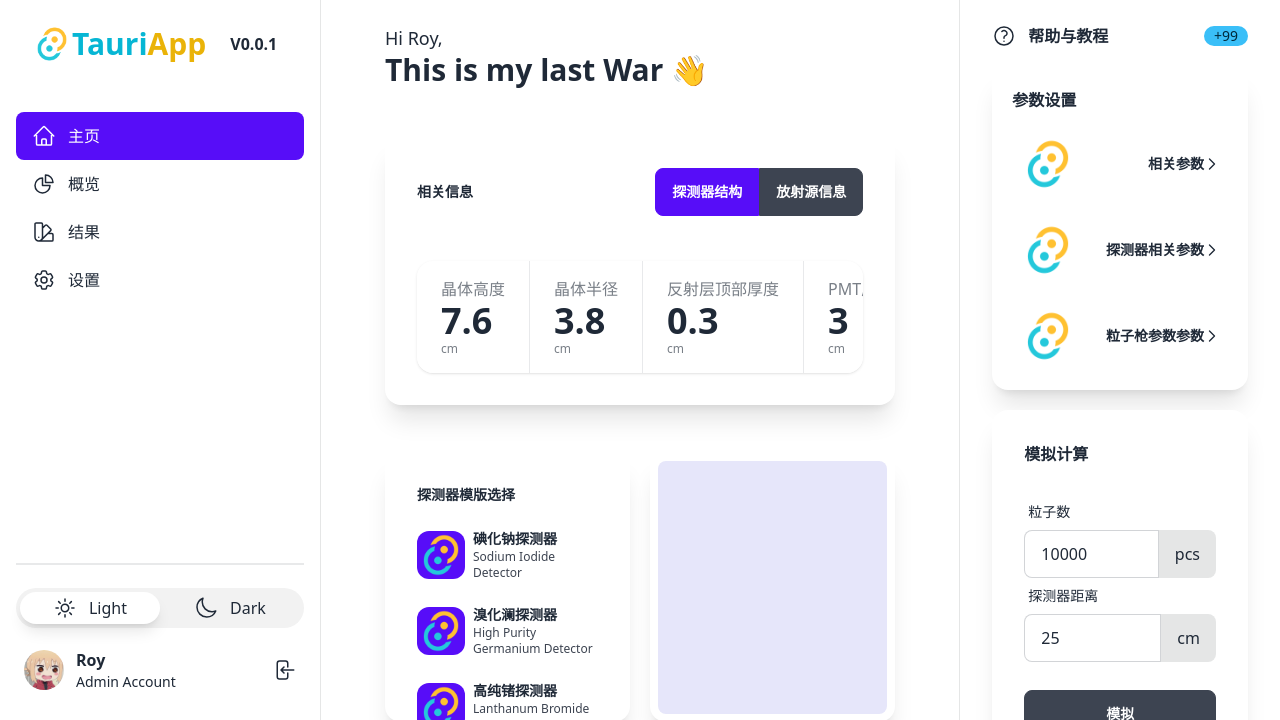
Repository: XMZOVO/tauri-geant4
Page: /
These files come from the project's save history. The page is drawn as it stood at one moment and after the next save; the edit follows.
The browser window is 1280 px wide. The pictures show the whole page.
The page's requests for data from a server got no answer. An inner scrolling area shows only its first screen. The project was rebuilt for these pictures with package versions that can differ from the ones it lists, and the page was loaded fresh each time. No one was signed in, and anything a server would have sent is missing. Also part of the build but not shown: vite.config.ts.

Above is the page before, as saved 2022-09-11 19:35:36.

### src/main.ts
import { createApp } from "vue";
import App from "./App.vue";
import "./index.css";
import { Router } from "./router";
import { createPinia } from "pinia";

const pinia = createPinia();

createApp(App).use(pinia).use(Router).mount("#app");

### src/router/index.ts
import { createRouter, createWebHistory } from "vue-router";

const routes = [
  {
    path: "",
    component: () => import("../components/MainWindow.vue"),
    children: [
      {
        path: "",
        component: () => import("../components/Home.vue"),
      },
      {
        path: "Setting",
        component: () => import("../components/Setting.vue"),
      },
      {
        path: "Results",
        component: () => import("../components/Results.vue"),
      },
      {
        path: "Overview",
        component: () => import("../components/Overview.vue"),
      },
      // {
      //   path: "Plan",
      //   component: () => import("../components/Plan.vue"),
      // },
    ],
  },
];

export const Router = createRouter({
  scrollBehavior: () => ({ left: 0, top: 0 }),
  history: createWebHistory(),
  routes,
});

### src/components/Home.vue
<script setup lang="ts">
import { ref, onMounted } from "vue";
import { invoke } from "@tauri-apps/api/tauri";
import { useRouter, onBeforeRouteLeave, onBeforeRouteUpdate } from "vue-router";
import path from "path";
import { exit } from "@tauri-apps/api/process";
import { fetch } from "@tauri-apps/api/http";

const router = useRouter();
const greetMsg = ref("");
const name = ref("");
let specFile = ref("");
let JSRootPath = ref("/JsRoot720/");
const btnWait = ref("");
const activeDetector = ref(0);

let detectorSrc = ref(
  JSRootPath.value +
    "index.htm?nobrowser&file=http://localhost:8080/file/G4Backend/build/rootFiles/test.root&item=Default;1&opt=ssao;transp60"
);

const parametersNames = ref([
  { name: "探测器结构", checked: true },
  { name: "放射源信息", checked: false },
]);
const selectedName = ref("钻井液性能");
const detectorProperties = ref([
  { name: "晶体高度", value: 7.6, unit: "cm" },
  { name: "晶体半径", value: 3.8, unit: "cm" },
  { name: "反射层顶部厚度", value: "0.3", unit: "cm" },
  { name: "PMT厚度", value: 3, unit: "cm" },
]);
const radioactiveProperties = ref([
  { name: "放射性同位素", value: "Co60", unit: "" },
  { name: "3", value: 20, unit: "" },
  { name: "4", value: 0.02, unit: "" },
  { name: "5", value: 10, unit: "" },
]);
const detectorList = ref([
  { name: "碘化钠探测器", percent: 40, description: "Sodium Iodide Detector" },
  {
    name: "溴化澜探测器",
    percent: 100,
    description: "High Purity Germanium Detector",
  },
  {
    name: "高纯锗探测器",
    percent: 60,
    description: "Lanthanum Bromide Detector",
  },
]);
const paticleParameters = ref([
  { name: "粒子数", value: 10000, unit: "pcs" },
  { name: "探测器距离", value: 25, unit: "cm" },
]);

async function greet() {
  greetMsg.value = await invoke("greet", { name: name.value });
}

onMounted(async () => {});

const parametersInfoChanged = (name: String) => {
  if (name == "探测器结构") {
    parametersNames.value[0].checked = true;
    parametersNames.value[1].checked = false;
  } else {
    parametersNames.value[0].checked = false;
    parametersNames.value[1].checked = true;
  }
};

const executeCalculate = async () => {
  if (paticleParameters.value[0].value > 10000000) {
    alert("粒子数过大");
    return;
  }
  btnWait.value = "loading";
  const response = await fetch("http://localhost:8080/g4", {
    method: "POST",
    query: {
      ch: detectorProperties.value[0].value.toString(),
      cr: detectorProperties.value[1].value.toString(),
      rtt: detectorProperties.value[2].value.toString(),
      num: paticleParameters.value[0].value.toString(),
    },
  }).then((res) => {
    btnWait.value = "";
    router.push({ path: "/Overview" });
  });
};

const refreshDetector = async () => {
  detectorSrc.value = " ";
  await fetch("http://localhost:8080/gdml", {
    method: "GET",
    query: {
      ch: detectorProperties.value[0].value.toString(),
      cr: detectorProperties.value[1].value.toString(),
      rtt: detectorProperties.value[2].value.toString(),
      pmt: detectorProperties.value[3].value.toString(),
    },
  }).then(() => {
    // let iframe: any = document.getElementById("iframe");
    // iframe.contentWindow.location.reload(true);
    detectorSrc.value =
      JSRootPath.value +
      "index.htm?nobrowser&file=http://localhost:8080/file/G4Backend/build/rootFiles/wtest.root&item=Default;1&opt=ssao;transp60";
  });
};

const exitApp = async () => {
  await exit(1);
};
</script>

<template>
  <!-- <div class="card">
    <input id="greet-input" v-model="name" placeholder="Enter a name..." />
    <button type="button" @click="greet()">Greet</button>
  </div>

  <p>{{ greetMsg }}</p> -->

  <div class="flex h-full w-full">
    <div class="w-2/3 space-y-12 border-r border-base-300 py-6 px-16">
      <div class="h-auto">
        <span class="block text-lg font-normal">Hi Roy,</span>
        <span class="block text-3xl font-bold"
          >This is my last War &#128075;</span
        >
      </div>
      <div class="card h-2/5 w-full shadow-xl">
        <div class="card-body justify-between">
          <div class="flex justify-between">
            <p class="card-title text-sm">相关信息</p>
            <!-- 选择框 -->
            <!-- <div class="form-control w-1/3 max-w-xs">
              <select
                class="select select-bordered focus:outline-none"
                @change="parametersInfoChanged($event)"
              >
                <option v-for="item in parametersNames">{{ item }}</option>
              </select>
            </div> -->
            <div class="btn-group">
              <input
                v-for="item in parametersNames"
                type="radio"
                name="options"
                :data-title="item.name"
                class="btn"
                :checked="item.checked"
                @change="parametersInfoChanged(item.name)"
              />
            </div>
          </div>
          <!-- 统计信息 -->
          <div
            class="stats stats-vertical overflow-hidden shadow lg:stats-horizontal"
          >
            <div
              class="stat"
              v-if="parametersNames[0].checked"
              v-for="item in detectorProperties"
            >
              <div class="stat-title">{{ item.name }}</div>
              <div class="stat-value">{{ item.value }}</div>
              <div class="stat-desc">{{ item.unit }}</div>
            </div>
            <div
              class="stat"
              v-if="parametersNames[1].checked"
              v-for="item in radioactiveProperties"
            >
              <div class="stat-title">{{ item.name }}</div>
              <div class="stat-value">{{ item.value }}</div>
              <div class="stat-desc">{{ item.unit }}</div>
            </div>
          </div>
        </div>
      </div>
      <!-- 底部双卡片 -->
      <div class="flex h-2/5 space-x-5">
        <!-- 1 -->
        <div class="card w-1/2 bg-base-100 shadow-xl">
          <div class="card-body gap-3">
            <p class="text-sm font-semibold">探测器模版选择</p>
            <!-- item -->
            <div class="flex h-full flex-col justify-between">
              <div
                v-for="(item, index) in detectorList"
                class="flex cursor-pointer items-center justify-between rounded-xl py-3 hover:bg-base-300"
              >
                <div class="flex items-center gap-2">
                  <img
                    src="../assets/icon.png"
                    class="h-12 w-12 rounded-xl bg-primary"
                  />
                  <div class="flex flex-col">
                    <p class="text-sm font-semibold">{{ item.name }}</p>
                    <p class="text-xs text-neutral">
                      {{ item.description }}
                    </p>
                  </div>
                </div>
                <!-- <div
                  class="radial-progress text-xs text-primary"
                  :style="
                    '--value: ' +
                    item.percent +
                    '; --size: 3.5rem; --thickness: 6px'
                  "
                >
                  {{ item.percent }}%
                </div> -->
              </div>
            </div>
            <btn class="btn rounded-xl"> 更多模版</btn>
          </div>
        </div>
        <!-- 2 -->
        <div class="card w-1/2 bg-base-100 shadow-xl">
          <div class="card-body p-2">
            <iframe
              :src="detectorSrc"
              frameborder="0"
              class="h-full w-full rounded-lg"
            ></iframe>
            <!-- <div class="h-full w-full bg-black" id="drawing"></div> -->
          </div>
        </div>
      </div>
    </div>

    <!-- 右侧 -->
    <div class="w-1/3 flex-col space-y-5 px-8 pt-6">
      <!-- 帮助 -->
      <div class="flex items-center justify-between">
        <div class="flex items-center space-x-3">
          <svg
            xmlns="http://www.w3.org/2000/svg"
            fill="none"
            viewBox="0 0 24 24"
            stroke-width="1.5"
            stroke="currentColor"
            class="h-6 w-6"
          >
            <path
              stroke-linecap="round"
              stroke-linejoin="round"
              d="M9.879 7.519c1.171-1.025 3.071-1.025 4.242 0 1.172 1.025 1.172 2.687 0 3.712-.203.179-.43.326-.67.442-.745.361-1.45.999-1.45 1.827v.75M21 12a9 9 0 11-18 0 9 9 0 0118 0zm-9 5.25h.008v.008H12v-.008z"
            />
          </svg>
          <label class="font-bold">帮助与教程</label>
        </div>
        <div class="badge badge-info">+99</div>
      </div>
      <!-- 帮助 -->
      <!-- 卡1 -->
      <div class="flex space-x-5">
        <div class="card w-full overflow-visible bg-base-100 shadow-xl">
          <div class="card-body p-5">
            <div class="flex-col space-y-5">
              <p class="text-md font-bold">参数设置</p>

              <!-- 溢流物 -->
              <div class="dropdown-left dropdown w-full">
                <div
                  tabindex="0"
                  class="flex items-center justify-between rounded-xl px-2 py-1 duration-300 hover:cursor-pointer hover:bg-primary hover:text-base-100"
                >
                  <img src="../assets/icon.png" class="h-14 w-14 rounded-xl" />
                  <div class="flex items-center">
                    <p class="text-sm font-bold">相关参数</p>
                    <svg
                      xmlns="http://www.w3.org/2000/svg"
                      fill="none"
                      viewBox="0 0 24 24"
                      stroke-width="2"
                      stroke="currentColor"
                      class="h-4 w-4"
                    >
                      <path
                        stroke-linecap="round"
                        stroke-linejoin="round"
                        d="M8.25 4.5l7.5 7.5-7.5 7.5"
                      />
                    </svg>
                  </div>
                </div>
                <!-- 浮动窗口 -->
                <div
                  tabindex="0"
                  class="card dropdown-content rounded-box w-full bg-base-100 shadow"
                >
                  <div class="card-body space-y-3">
                    <p class="font-bold">设置相关参数</p>
                  </div>
                </div>
              </div>
              <!-- 溢流物 -->
              <!-- 钻井液 -->
              <div class="dropdown-left dropdown w-full">
                <div
                  tabindex="0"
                  class="flex items-center justify-between rounded-xl px-2 py-1 duration-300 hover:cursor-pointer hover:bg-primary hover:text-base-100"
                >
                  <img src="../assets/icon.png" class="h-14 w-14 rounded-xl" />
                  <div class="flex items-center">
                    <p class="text-sm font-bold">探测器相关参数</p>
                    <svg
                      xmlns="http://www.w3.org/2000/svg"
                      fill="none"
                      viewBox="0 0 24 24"
                      stroke-width="2"
                      stroke="currentColor"
                      class="h-4 w-4"
                    >
                      <path
                        stroke-linecap="round"
                        stroke-linejoin="round"
                        d="M8.25 4.5l7.5 7.5-7.5 7.5"
                      />
                    </svg>
                  </div>
                </div>
                <!-- 浮动窗口 -->
                <div
                  tabindex="0"
                  class="card dropdown-content rounded-box w-96 bg-base-100 shadow"
                >
                  <div class="card-body space-y-1">
                    <div class="flex items-center">
                      <p class="font-bold">
                        设置{{
                          activeDetector == 0 ? "碘化钠" : "高纯锗"
                        }}探测器参数
                      </p>
                      <button class="btn btn-xs" @click="refreshDetector">
                        刷新探测器模型
                      </button>
                    </div>
                    <div
                      v-for="item in detectorProperties"
                      class="form-control"
                    >
                      <label class="label">
                        <span class="label-text">{{ item.name }}</span>
                      </label>
                      <label class="input-group">
                        <input
                          type="text"
                          v-model="item.value"
                          class="input input-bordered w-3/4 focus:outline-none"
                        />
                        <span class="w-1/4">{{ item.unit }}</span>
                      </label>
                    </div>
                  </div>
                </div>
              </div>
              <!-- 钻井液 -->
              <!-- 节流压 -->
              <div class="dropdown-left dropdown w-full">
                <div
                  tabindex="0"
                  class="flex items-center justify-between rounded-xl px-2 py-1 duration-300 hover:cursor-pointer hover:bg-primary hover:text-base-100"
                >
                  <img src="../assets/icon.png" class="h-14 w-14 rounded-xl" />
                  <div class="flex items-center">
                    <p class="text-sm font-bold">粒子枪参数参数</p>
                    <svg
                      xmlns="http://www.w3.org/2000/svg"
                      fill="none"
                      viewBox="0 0 24 24"
                      stroke-width="2"
                      stroke="currentColor"
                      class="h-4 w-4"
                    >
                      <path
                        stroke-linecap="round"
                        stroke-linejoin="round"
                        d="M8.25 4.5l7.5 7.5-7.5 7.5"
                      />
                    </svg>
                  </div>
                </div>
                <!-- 浮动窗口 -->
                <div
                  tabindex="0"
                  class="card dropdown-content rounded-box w-96 bg-base-100 shadow"
                >
                  <div class="card-body space-y-3">
                    <p class="font-bold">设置粒子枪参数</p>
                    <div
                      v-for="item in radioactiveProperties"
                      class="form-control"
                    >
                      <label class="label">
                        <span class="label-text">{{ item.name }}</span>
                      </label>
                      <label class="input-group">
                        <input
                          type="text"
                          v-model="item.value"
                          class="input input-bordered w-3/4 focus:outline-none"
                        />
                        <span class="w-1/4">{{ item.unit }}</span>
                      </label>
                    </div>
                  </div>
                </div>
              </div>
              <!-- 节流压 -->
            </div>
          </div>
        </div>
      </div>
      <!-- 卡2 -->
      <div class="flex space-x-5">
        <div class="card w-full bg-base-100 shadow-xl">
          <div class="card-body space-y-5">
            <p class="text-md font-bold">模拟计算</p>
            <div>
              <div v-for="item in paticleParameters" class="form-control">
                <label class="label">
                  <span class="label-text">{{ item.name }}</span>
                </label>
                <label class="input-group">
                  <input
                    type="text"
                    placeholder="0.01"
                    v-model="item.value"
                    class="input input-bordered w-full focus:outline-none"
                  />
                  <span>{{ item.unit }}</span>
                </label>
              </div>
            </div>
            <!-- 计算 -->
            <button :class="'btn w-full ' + btnWait" @click="executeCalculate">
              模拟
            </button>
          </div>
        </div>
      </div>
    </div>
  </div>
</template>

<style scoped></style>

Loaded but not shown: index.html (common file); src/App.vue (common file); src/index.css (common file); tailwind.config.cjs (common file); public/JsRoot720/modules/d3.mjs (library); public/JsRoot720/modules/gui/HierarchyPainter.mjs (library); public/JsRoot720/modules/io.mjs (3859 lines, source omitted); public/JsRoot720/modules/gpad/TFramePainter.mjs (2781 lines, source omitted); public/JsRoot720/modules/gpad/TPadPainter.mjs (2078 lines, source omitted); public/JsRoot720/modules/gui/menu.mjs (1573 lines, source omitted); public/JsRoot720/modules/core.mjs (1681 lines, source omitted); public/JsRoot720/modules/gui/display.mjs (1711 lines, source omitted); public/JsRoot720/modules/base/ObjectPainter.mjs (1608 lines, source omitted); public/JsRoot720/modules/base/math.mjs (2061 lines, source omitted); public/JsRoot720/modules/gpad/TAxisPainter.mjs (1330 lines, source omitted); public/JsRoot720/modules/hist/TPavePainter.mjs (1257 lines, source omitted); public/JsRoot720/modules/base/latex.mjs (1324 lines, source omitted); public/JsRoot720/modules/draw.mjs (618 lines, source omitted); public/JsRoot720/modules/gui/utils.mjs (511 lines, source omitted); public/JsRoot720/modules/gpad/TCanvasPainter.mjs (756 lines, source omitted); public/JsRoot720/modules/base/BasePainter.mjs (670 lines, source omitted); public/JsRoot720/modules/base/TAttFillHandler.mjs (343 lines, source omitted); public/JsRoot720/modules/base/TAttMarkerHandler.mjs (292 lines, source omitted); public/JsRoot720/modules/gui.mjs (206 lines, source omitted); public/JsRoot720/modules/base/colors.mjs (172 lines, source omitted); public/JsRoot720/modules/base/TAttLineHandler.mjs (166 lines, source omitted); public/JsRoot720/modules/base/FontHandler.mjs (139 lines, source omitted); src/components/MainWindow.vue (303 lines, source omitted)

After the next save:
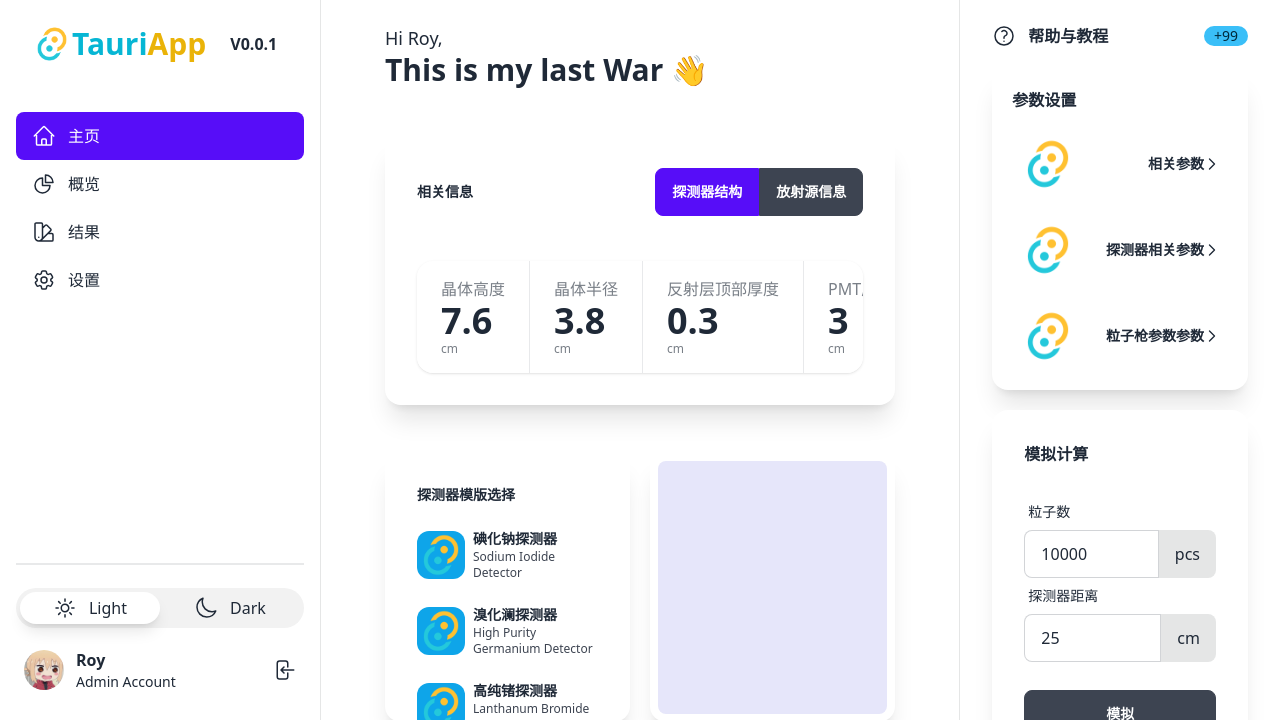
Saved 34 s later.
--- a/src/components/Home.vue
+++ b/src/components/Home.vue
@@ -195,7 +195,7 @@ const exitApp = async () => {
                 <div class="flex items-center gap-2">
                   <img
                     src="../assets/icon.png"
-                    class="h-12 w-12 rounded-xl bg-primary"
+                    class="h-12 w-12 rounded-xl bg-sky-500"
                   />
                   <div class="flex flex-col">
                     <p class="text-sm font-semibold">{{ item.name }}</p>
